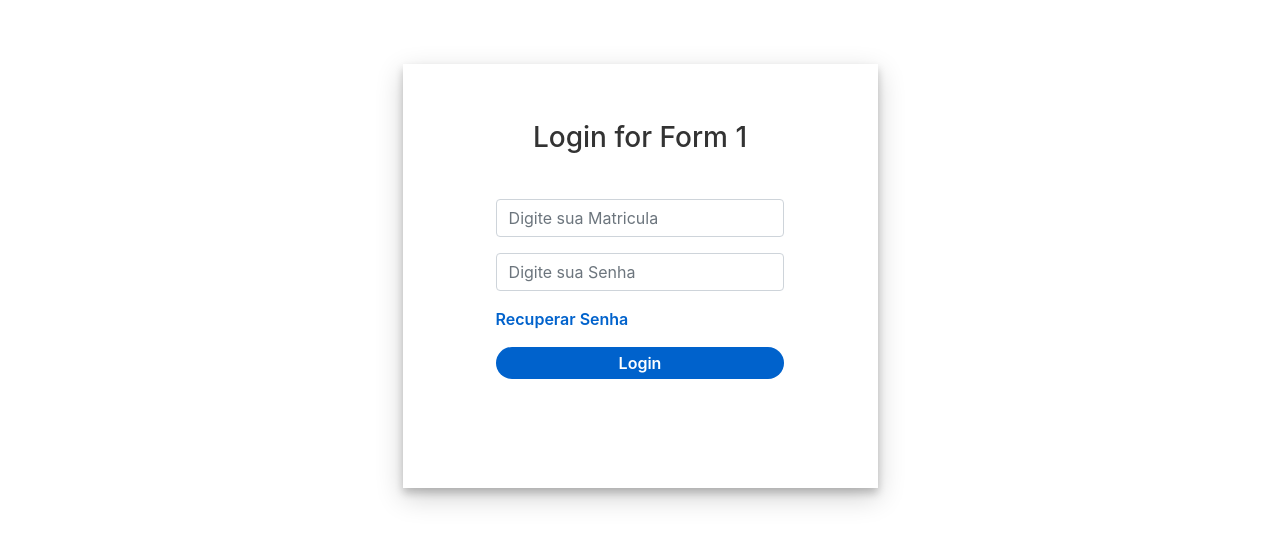
Repository: gabrielfeliphe/AssistenciaTecnica
Page: PI-AssistenciaTecnica/WebContent/index.html
The author's editor kept a copy of each file at every save. The page is drawn from the files as they stood at one save, then again after the next save.
The browser window is 1280 px wide. The pictures show the whole page.

Above is the page before, as saved 2021-10-03 00:45:18.
Console error: TypeError: Cannot read properties of undefined (reading 'fn')

After the next save:
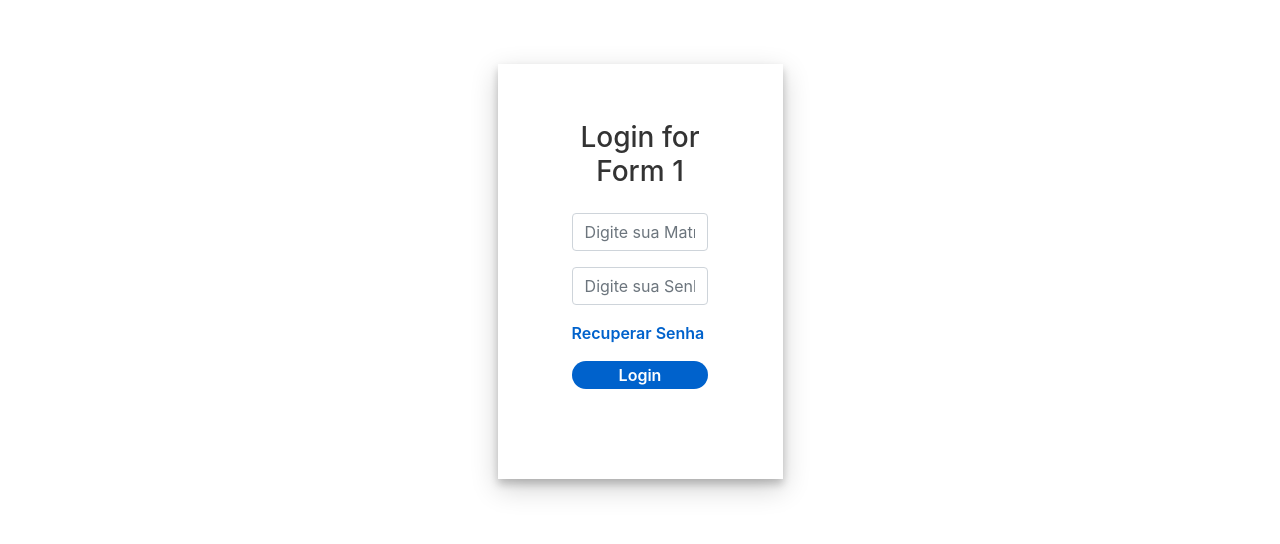
Saved 7 s later.
--- a/PI-AssistenciaTecnica/WebContent/index.html
+++ b/PI-AssistenciaTecnica/WebContent/index.html
@@ -20,7 +20,7 @@
 
 	<div class="container login-container">
             <div class="row">
-                <div class="col-md-5 col-md-offset-4 login-form-1">
+                <div class="col-md-3 col-md-offset-4 login-form-1">
                     <h3>Login for Form 1</h3>
                     <form>
                         <div class="form-group">
